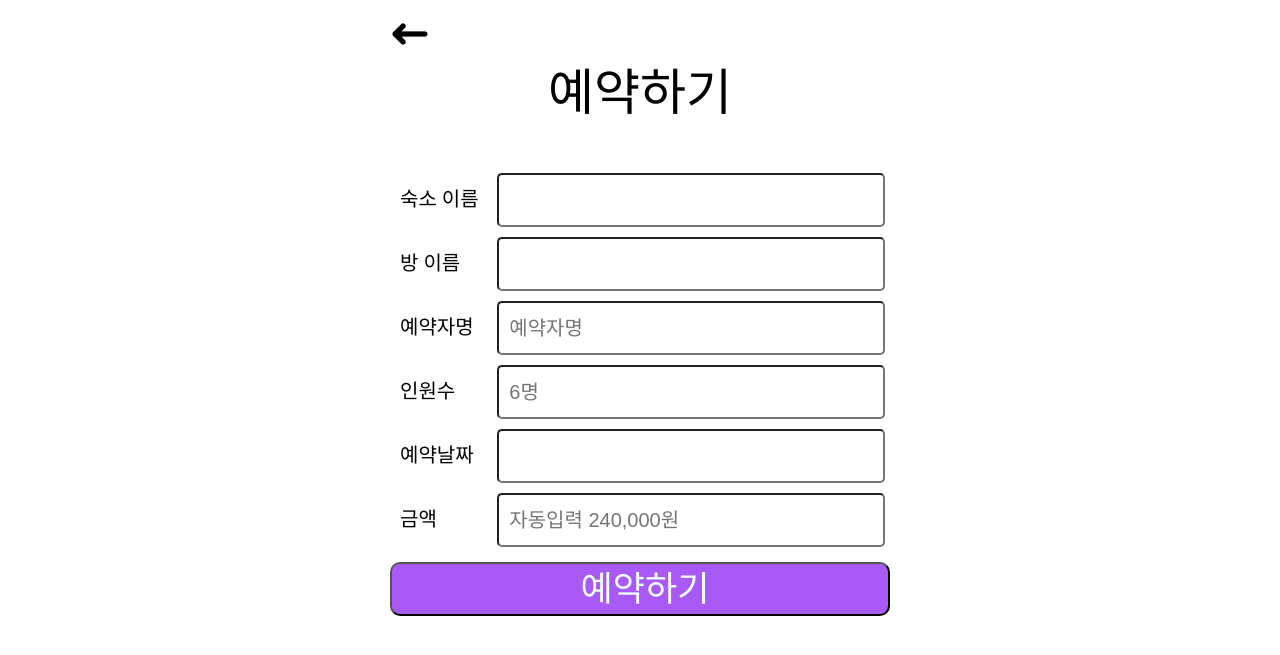
Repository: jaehunjeong4103/WebProject
Page: http://localhost/Web/view/reservation/reservation
An editor plug-in stored every save of this project. The page is shown before and after the next save, followed by the edit.
The browser window is 1280 px wide. The pictures show the whole page.
Some web fonts or font styles are not loaded; a fallback is used. The page is served by Tomcat 9.

Above is the page before, as saved 2023-06-06 04:04:26.

After the next save:
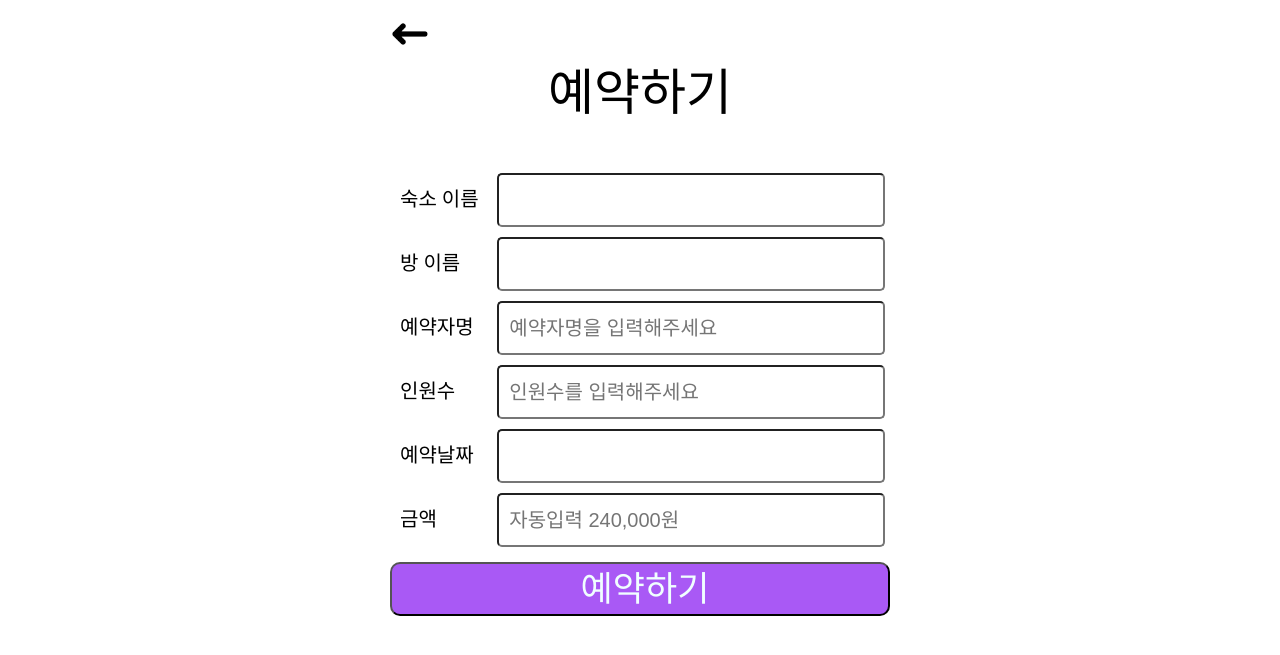
Saved 30 s later.
--- a/Web/src/main/webapp/WEB-INF/view/reservation/reservation.jsp
+++ b/Web/src/main/webapp/WEB-INF/view/reservation/reservation.jsp
@@ -30,11 +30,11 @@
 				</div>
 				<div class="input">
 					<span>예약자명</span>
-					<input type="text" placeholder="예약자명" class="input_text id" name="ID" value="${chkId}">
+					<input type="text" placeholder="예약자명을 입력해주세요" class="input_text id" name="ID" value="${chkId}">
 				</div>
 				<div class="input">
 					<span>인원수</span>
-					<input type="text" placeholder="6명" class="input_text id" name="ID" value="${chkId}" readonly>
+					<input type="text" placeholder="인원수를 입력해주세요" class="input_text id" name="ID" value="${chkId}">
 				</div>
 				<div class="input">
 					<span>예약날짜</span>
